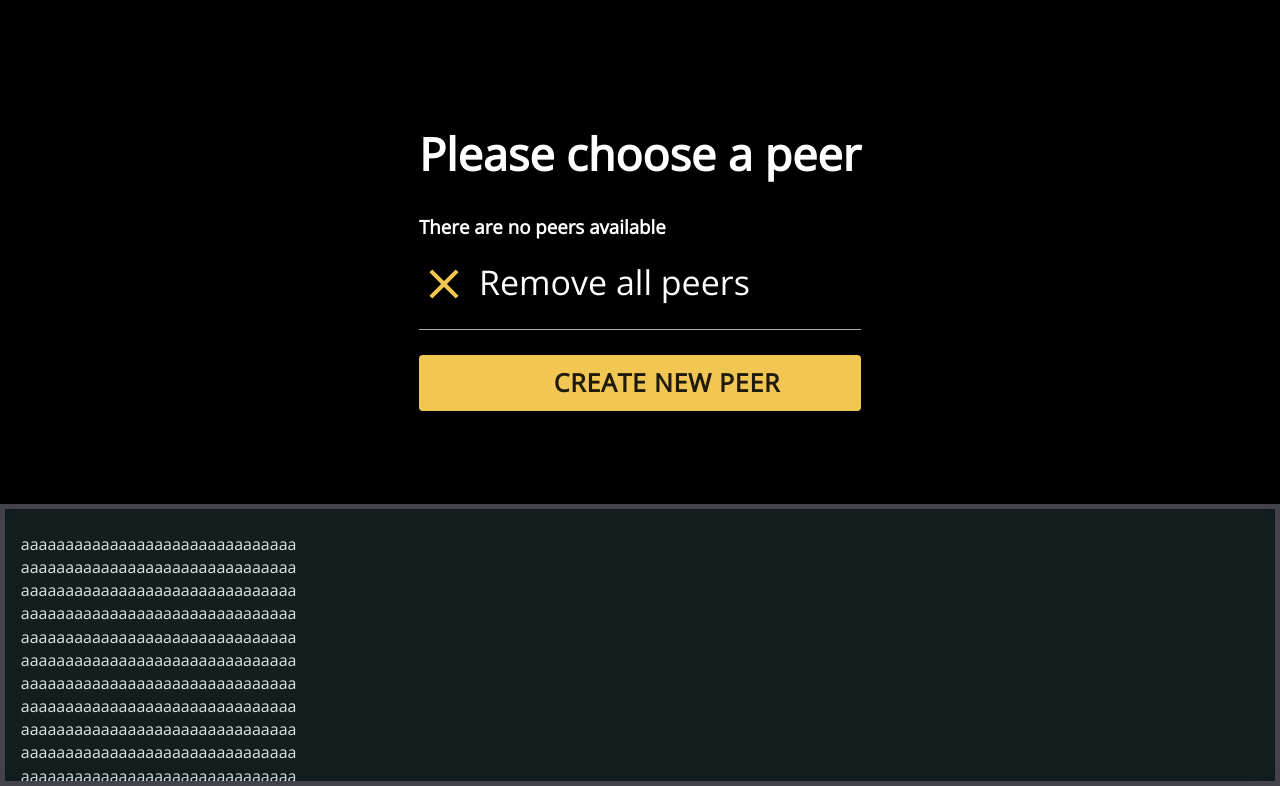
Repository: Bachdz/ASAP-Gui-Frontend
Page: /login
The author's editor kept a copy of each file at every save. The page is drawn from the files as they stood at one save, then again after the next save.
The browser window is 1280 px wide. The pictures show the whole page.
The page's requests for data from a server got no answer. The project was rebuilt for these pictures with package versions that can differ from the ones it lists, and the page was loaded fresh each time. No one was signed in, and anything a server would have sent is missing. Also part of the build but not shown: src/css/loginscreen/Peer.css, src/components/fragments/Footer.js, src/components/mainscreen/subcomponents/Apps.js, src/css/mainscreen/Main.css, src/components/mainscreen/Main.js.

Above is the page before, as saved 2020-12-16 19:51:30.

### src/App.js
import React from 'react';



import { ReactComponent as Arrow } from './arrow.svg';
import Login from './components/loginscreen/Login';
import Main from './components/mainscreen/Main';
import { Link } from 'react-router-dom';
import Logo from './components/fragments/Footer';


import { BrowserRouter as Router, Route } from 'react-router-dom'

import './App.css';

function App() {
  return (
      <Router>
        <Route exact path="/" render={props => (
          <React.Fragment>
        <div className="container">

            <div className="content">
              <div id="box">
                <h1>Welcome to ASAP engine</h1>
                <Link to="/login"><Arrow id="next" /></Link>
              </div>
            </div>
          <Logo />
        </div>


          </React.Fragment>
        )} />
        <Route path="/login" component={Login} />
        <Route path="/main/user" component={Main} />

      </Router>
  );
}



export default App;

### src/components/loginscreen/Login.js
import React, { Component } from 'react';
import Peer from './subcomponents/Peer';
import CreateUser from './subcomponents/CreateUser';
import CloseIcon from '@material-ui/icons/Close';
import Alert from '@material-ui/lab/Alert';
import Snackbar from '@material-ui/core/Snackbar';
import Logo from '../fragments/Footer';
import Terminal from '../fragments/Terminal';



import '../../css/loginscreen/Login.css';
import axios from 'axios';



class Login extends Component {
    state = {
        peers: [],
        alertopen: false,
        alertmsg: '',
        alerttype: ''
    }

    componentDidMount() {
        axios.get('http://localhost:8080/api/v1/asap/peers')
            .then(res => this.setState({ peers: res.data }))
    }

    //create User
    addUser = (userName) => {
        let url = 'http://localhost:8080/api/v1/asap/peer?name=' + userName;
        axios.post(url)
            .then(res => this.setState({ peers: [...this.state.peers, res.data] }))
    }

    //remove all users
    removeAllUser = () => {
        axios.delete('http://localhost:8080/api/v1/asap/peers')
            .then(res => {
                if (res.data === false) {
                    this.setState({ alertopen: !this.state.alertopen, alertmsg: "Couldn't delete peers", alerttype: "error" });

                } else if (res.data === true) {
                    this.setState({ alertopen: !this.state.alertopen, alertmsg: "Deleted successfully ", alerttype: "success" });
                    axios.get('http://localhost:8080/api/v1/asap/peers')
                        .then(res => this.setState({ peers: res.data }))
                }



            }


            )


    }

    handleClose = (event, reason) => {
        this.setState({ alertopen: !this.state.alertopen });
    }


    render() {
        const { alertopen, alertmsg, alerttype } = this.state;
        return (
            <div>

                <div className="background-container">
                    <div className="content">
                        <div className="login-container">
                            <Snackbar anchorOrigin={{ vertical: 'top', horizontal: 'center' }} open={alertopen} autoHideDuration={2000} onClose={this.handleClose}>
                                <Alert onClose={this.handleClose} severity={alerttype}>
                                    {alertmsg}
                                </Alert>
                            </Snackbar>
                            <h1>Please choose a peer</h1>
                            <Peer peers={this.state.peers} />

                            <div id="remove-peer">
                                <CloseIcon id="remove" onClick={this.removeAllUser} /> Remove all peers
            </div>
                            <CreateUser addUser={this.addUser} />

                        </div>
                    </div>

                </div>
                <Terminal />

            </div>

        );
    }
}


export default Login;

### src/App.css
@import url('https://fonts.googleapis.com/css?family=Open+Sans');
body {
  font-family: "Open Sans", sans-serif;

}

#box {
  text-align: center;
}

.content {
  min-height: 70vh;
  display: flex;
  align-items: center;
}

.container {
  display: flex;
  align-items: center;
  justify-content: center;
  flex-direction: column;
  background-color: #000000;
  color: #ffffff;
  height: 100vh;
  margin:0;
}

footer {
 margin-top:auto;
 width: 100vw;
}



#next {
  cursor: "pointer";
  transition: transform 330ms ease-in-out;

}
#next:hover {
  cursor: pointer;
  -ms-transform: scale(1.2); /* IE 9 */
  -webkit-transform: scale(1.2); /* Safari 3-8 */
  transform: scale(1.2);
}
h1 {
  font-size: 45px;
  text-align: center;
  animation: fadein 3s;
  -moz-animation: fadein 3s; /* Firefox */
  -webkit-animation: fadein 3s; /* Safari and Chrome */
  -o-animation: fadein 3s; /* Opera */
}
@keyframes fadein {
  from {
      opacity:0;
  }
  to {
      opacity:1;
  }
}
@-moz-keyframes fadein { /* Firefox */
  from {
      opacity:0;
  }
  to {
      opacity:1;
  }
}
@-webkit-keyframes fadein { /* Safari and Chrome */
  from {
      opacity:0;
  }
  to {
      opacity:1;
  }
}
@-o-keyframes fadein { /* Opera */
  from {
      opacity:0;
  }
  to {
      opacity: 1;
  }
}

### src/components/loginscreen/subcomponents/Peer.js
import React from 'react';
import '../../../css/loginscreen/Peer.css';
import AccountCircleIcon from '@material-ui/icons/AccountCircle';
import ArrowForwardIcon from '@material-ui/icons/ArrowForward';
// import { Redirect } from 'react-router-dom';
import { Link } from 'react-router-dom';

function Peer (props) {

        if (props.peers.length > 0) {
            return (
                props.peers.map((peer) => (
                    <div className="peer-container">
                        <AccountCircleIcon id="icon" />
                        {peer.name}
                        <Link to={{
                            pathname: '/main/user',
                            state: {
                                peer: peer.name
                            }
                        }}>
                            <ArrowForwardIcon id="forward" />
                        </Link>
                    </div>

                ))

            );


        } else {
            return (
                <h3>There are no peers available</h3>
            )
        }
    }





export default Peer;

### src/components/loginscreen/subcomponents/CreateUser.js
import React, {Component} from 'react';
import Button from '@material-ui/core/Button';
import AddIcon from '@material-ui/icons/Add';
import TextField from '@material-ui/core/TextField';
import Dialog from '@material-ui/core/Dialog';
import DialogActions from '@material-ui/core/DialogActions';
import DialogContent from '@material-ui/core/DialogContent';
import '../../../css/loginscreen/CreateUser.css';
import DialogContentText from '@material-ui/core/DialogContentText';

export class CreateUser extends Component {
    state = {
        open: false,
        error: false,
        username: ''
    }

    handleClickOpen = () => {
        this.setState({
            open: !this.state.open
        })
      };

    handleClose = (e) => {
        this.setState({
            open: !this.state.open
        })
    };

    onChange = (e) => this.setState({ [e.target.name]: e.target.value })

    onSubmit = (e) => {
        if (this.state.username !== '') {
            this.props.addUser(this.state.username);
            this.setState({username : ''});
            this.handleClose();
        } else {
            this.setState({error: true});
        }
    }

    render() {
    const { open,error } = this.state

    return (
        <div>

            <Button startIcon={<AddIcon id="addIcon" />} id="addButton" onClick={this.handleClickOpen}>Create new peer</Button>

            <Dialog open={open} onClose={this.handleClose} aria-labelledby="form-dialog-title">
                <DialogContent id="dialog">
                    <DialogContentText id="dialog-text">
                        Please enter your name
          </DialogContentText>
                    <TextField
                       error={this.state.error}
                     required
                        autoFocus
                        margin="dense"
                        name="username"
                        type="string"
                        label="Username"
                        helperText={error ===true  ? "username is required" : ""}
                        onChange={this.onChange}
                        fullWidth
                    />
                </DialogContent>
                <DialogActions id="dialog-action">
                    <Button onClick={this.onSubmit} id="button" color="primary">
                        Done
          </Button>
                </DialogActions>
            </Dialog>
        </div>
    );
}
}
export default CreateUser ;

### src/components/fragments/Terminal.js
import React from 'react'
import '../../css/Terminal.css';



export default function Terminal() {
    return (
        <div className="console">
            <pre className="i-has-teh-code">
                <p>aaaaaaaaaaaaaaaaaaaaaaaaaaaaaaa</p>
                <p>aaaaaaaaaaaaaaaaaaaaaaaaaaaaaaa</p>
                <p>aaaaaaaaaaaaaaaaaaaaaaaaaaaaaaa</p>
                <p>aaaaaaaaaaaaaaaaaaaaaaaaaaaaaaa</p>
                <p>aaaaaaaaaaaaaaaaaaaaaaaaaaaaaaa</p>
                <p>aaaaaaaaaaaaaaaaaaaaaaaaaaaaaaa</p>
                <p>aaaaaaaaaaaaaaaaaaaaaaaaaaaaaaa</p>
                <p>aaaaaaaaaaaaaaaaaaaaaaaaaaaaaaa</p>
                <p>aaaaaaaaaaaaaaaaaaaaaaaaaaaaaaa</p>
                <p>aaaaaaaaaaaaaaaaaaaaaaaaaaaaaaa</p>
                <p>aaaaaaaaaaaaaaaaaaaaaaaaaaaaaaa</p>
                <p>aaaaaaaaaaaaaaaaaaaaaaaaaaaaaaa</p>
                <p>aaaaaaaaaaaaaaaaaaaaaaaaaaaaaaa</p>

            </pre>
        </div>
    )
}

### src/css/loginscreen/Login.css
@import url('https://fonts.googleapis.com/css?family=Open+Sans');




.content {
    display: flex;
    align-items: center;
    justify-content: center;
    flex-direction: column;
    background-color: #000000;
    color: #ffffff;
    margin:0;
  }

footer {
   margin-top:auto;
   width: 100vw;
  }




#remove {
    cursor: pointer;
    color: #F1C653;
    float: left;
    font-size: 50px;
    margin-right: 10px;
}

#remove:hover {
    cursor: pointer;
    -ms-transform: scale(1.2); /* IE 9 */
    -webkit-transform: scale(1.2); /* Safari 3-8 */
    transform: scale(1.2);
  }

#remove-peer {
    width: 100%;
    border-bottom: 1px solid #aaa;
    padding-bottom:20px;
    margin-top: 20px;
    display: flex;
    font-size: 34px;
    animation: fadein 3.5s;
    -moz-animation: fadein 3.5s; /* Firefox */
    -webkit-animation: fadein 3.5s; /* Safari and Chrome */
    -o-animation: fadein 3.5s; /* Opera */
}

### src/css/loginscreen/CreateUser.css
@import url('https://fonts.googleapis.com/css?family=Open+Sans');
* {
    font-family:"Open Sans", sans-serif ;
}
#addButton{
    z-index: 99;
    margin-top:25px;
    background-color: #F1C653;
    width: 100%;
    font-size:25px;
    font-weight: bolder;
}

#addIcon {
    font-size: 26px;
}
#dialog {

}
#dialog-text {
    font-family:"Open Sans", sans-serif ;
    color: #000000;

    text-align: center;
}
#button {
    background-color: #F1C653;
    color: #000000;
    width: 50%;
    font-size:15px;
    font-weight: bolder;
}

### src/css/Terminal.css
@charset "UTF-8";
@-webkit-keyframes waiting {
    0% {
        opacity: 0;
    }
    35%,
    75% {
        opacity: 1;
    }
    100% {
        opacity: 0;
    }
}

@keyframes waiting {
    0% {
        opacity: 0;
    }
    35%,
    75% {
        opacity: 1;
    }
    100% {
        opacity: 0;
    }
}

@-webkit-keyframes joltBG {
    0% {
        opacity: 0.3;
    }
    22%,
    26% {
        opacity: 0.2;
    }
    27%,
    45% {
        opacity: 0.4;
    }
    46%,
    76% {
        opacity: 0.5;
    }
    76%,
    78% {
        opacity: 0.05;
    }
    78% {
        opacity: 0.3;
    }
    100% {
        opacity: 0.3;
    }
}

@keyframes joltBG {
    0% {
        opacity: 0.3;
    }
    22%,
    26% {
        opacity: 0.2;
    }
    27%,
    45% {
        opacity: 0.4;
    }
    46%,
    76% {
        opacity: 0.5;
    }
    76%,
    78% {
        opacity: 0.05;
    }
    78% {
        opacity: 0.3;
    }
    100% {
        opacity: 0.3;
    }
}

.i-has-teh-code {
    height: 30vh;
    overflow-y: scroll;
    white-space: pre-wrap;
    background: #141e1e;
    color: #dce6e6;
    margin: 0 auto;
    font-family: Monaco, Consolas, "Lucida Console", monospace;
    padding: 1em 1em 2.5em 1em;
    line-height: 0.45;
    position: relative;

}

.i-has-teh-code::-moz-selection {
    color: #141e1e;
    background: #dce6e6;
}

.i-has-teh-code::selection {
    color: #141e1e;
    background: #dce6e6;
}

.i-has-teh-code:before {
    position: absolute;
    pointer-events: none;
    top: 0;
    right: 0;
    bottom: 0;
    left: 0;
    background-color: rgba(50, 50, 80, 0.6);
    content: '';
    z-index: 100;
    box-shadow: inset 0px 0px 20px 0px rgba(0, 0, 60, 0.3);
    background: url('data:[embedded picture, 484 characters]');
    -webkit-animation-name: joltBG;
    animation-name: joltBG;
    -webkit-animation-duration: 10000ms;
    animation-duration: 10000ms;
    -webkit-animation-iteration-count: infinite;
    animation-iteration-count: infinite;
    -webkit-animation-timing-function: linear;
    animation-timing-function: linear;
}

.i-has-teh-code:after {
    position: relative;
    pointer-events: none;
    bottom: 0em;
    left: 0em;
    content: '■';
    padding: 1em;
    -webkit-animation-name: waiting;
    animation-name: waiting;
    -webkit-animation-duration: 1200ms;
    animation-duration: 1200ms;
    -webkit-animation-iteration-count: infinite;
    animation-iteration-count: infinite;
    -webkit-animation-timing-function: ease-in-out;
    animation-timing-function: ease-in-out;
}

.console {
    background: rgba(20, 20, 30, 0.8);
    padding: 0.3em;
}

### src/css/mainscreen/Apps.css

#addIcon, #removeIcon {
    float:right;
    color: #F1C653;
    font-size: 30px;
    margin-right:20px;
}
.title {
    display:flex;
    align-items: center;
}


.parentList {
    margin-left:10px;
}

.main-items {
    font-size: 30px;
}

#apps {
    padding-left:50px;
}

.input {
    font-style: italic;
    width: 100%;
    border:none;
    outline: none;
    border-bottom: 2px solid #808080;
    background: #000000;
    color: #ffffff;
    width: 70%;
    margin-left:45px;
    font-size:20px;
}

.add {
    width: 100%;
    display:flex;
    color: #F1C653;
}

#checkicon {
    float: right;
}

#checkicon-inactive {
    color: #808080;
}

Loaded but not shown: public/index.html (common file); src/index.js (common file); src/index.css (common file); src/reportWebVitals.js (common file)

After the next save:
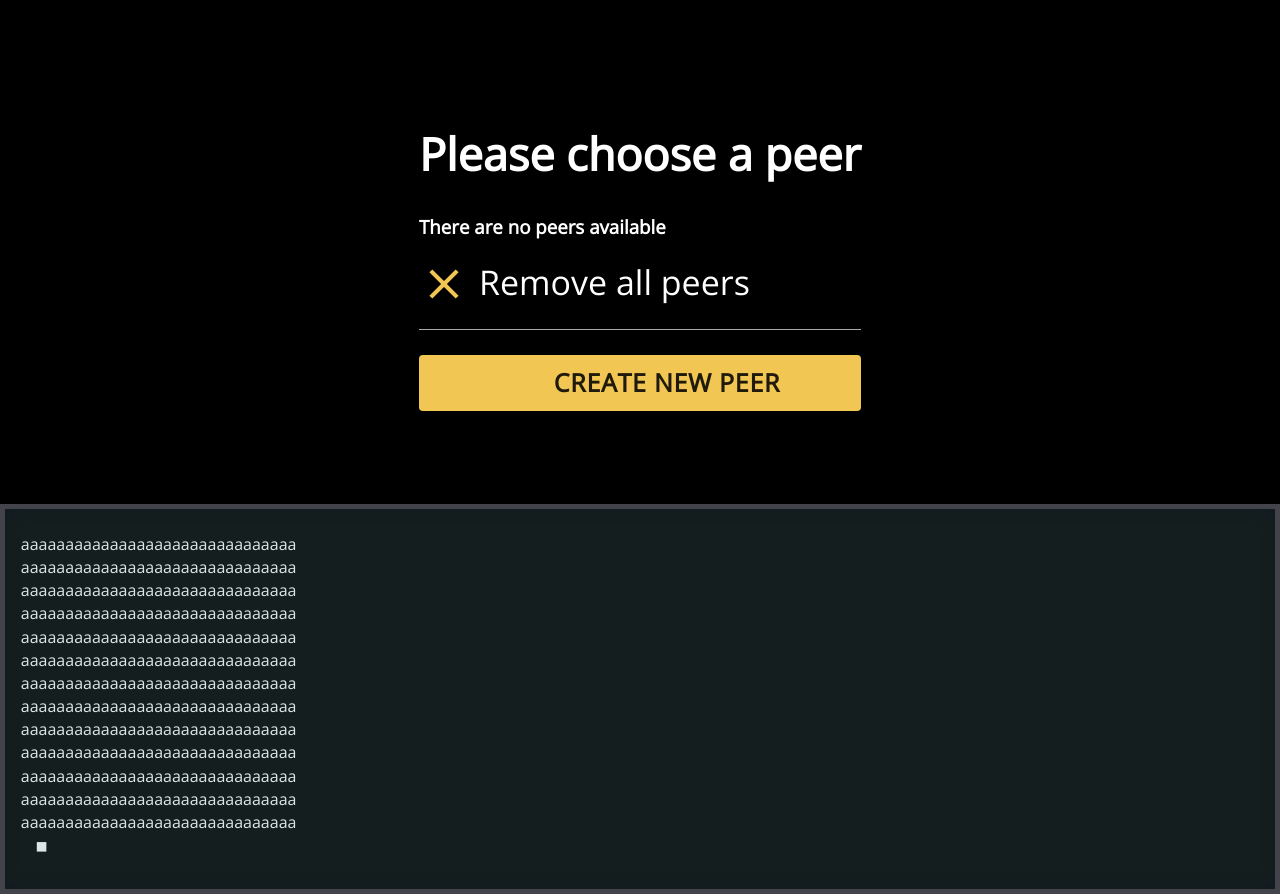
Saved 7 s later.
--- a/src/css/Terminal.css
+++ b/src/css/Terminal.css
@@ -82,7 +82,7 @@
 }
 
 .i-has-teh-code {
-    height: 30vh;
+    height: 100%;
     overflow-y: scroll;
     white-space: pre-wrap;
     background: #141e1e;
